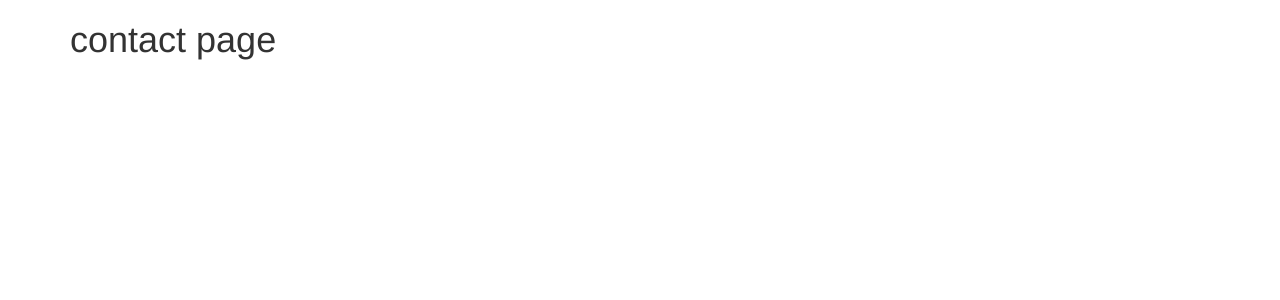
Repository: highclaws/Blog-Training
Page: http://localhost/contact
These files come from the project's save history. The page is drawn as it stood at one moment and after the next save; the edit follows.
The browser window is 1280 px wide. The pictures show the whole page.
The page is served by the project's Laravel application, run on PHP 8.4 with Laravel 8.

Above is the page before, as saved 2018-01-08 14:20:38.

After the next save:
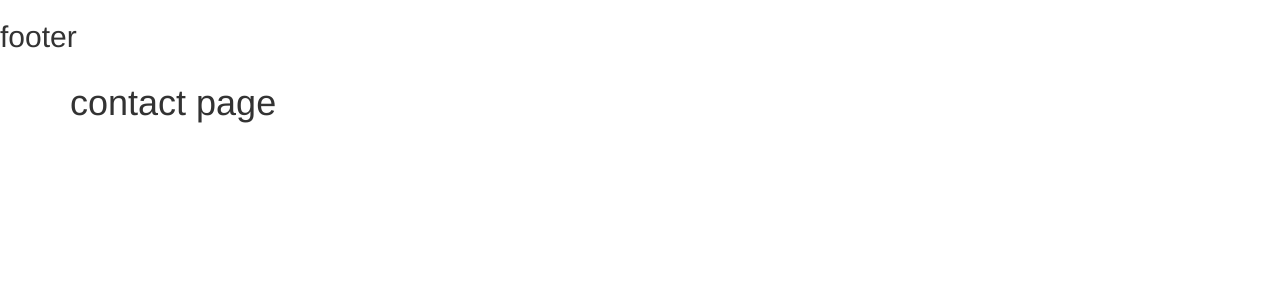
Saved 50 s later.
--- a/resources/views/contact.blade.php
+++ b/resources/views/contact.blade.php
@@ -7,3 +7,5 @@
 @endsection
 
 @section('footer')
+
+<h2>footer</h2>
